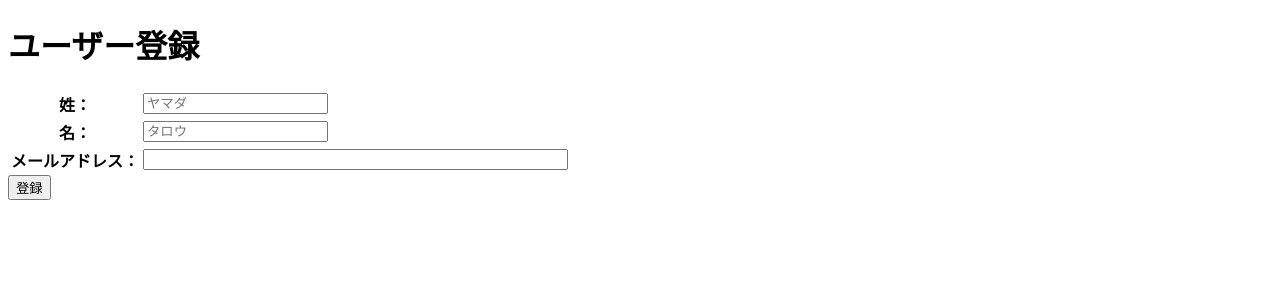
Repository: yoshiryoryo/phpform
Page: http://localhost/register.php
An editor plug-in stored every save of this project. The page is shown before and after a run of saves, followed by the edit.
The browser window is 1280 px wide. The pictures show the whole page.
The page is run by PHP 8.4 with error messages shown; the project is at /var/www/html/.

Above is the page before, as saved 2021-02-24 10:24:44.

After the next 2 saves:
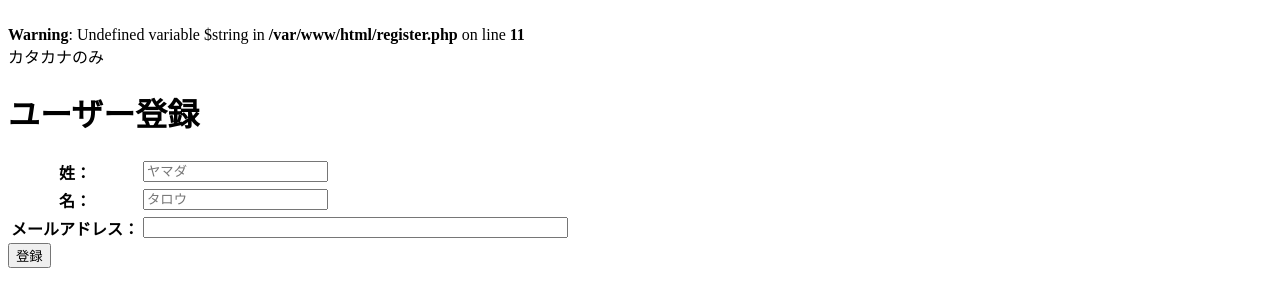
The 2 saves are shown as one change because they came seconds apart.
The last was saved 2 min 43 s later.
--- a/register.php
+++ b/register.php
@@ -7,6 +7,10 @@ if ( !isset( $_SESSION[ 'ticket' ] ) ) {
 
   //トークンを変数に代入
   $ticket = $_SESSION[ 'ticket' ];
+
+  if (!mb_ereg("^[ァ-ヶー]+$", $string)) {
+    echo "カタカナのみ";
+}
 ?>
 
 <!DOCTYPE html>
